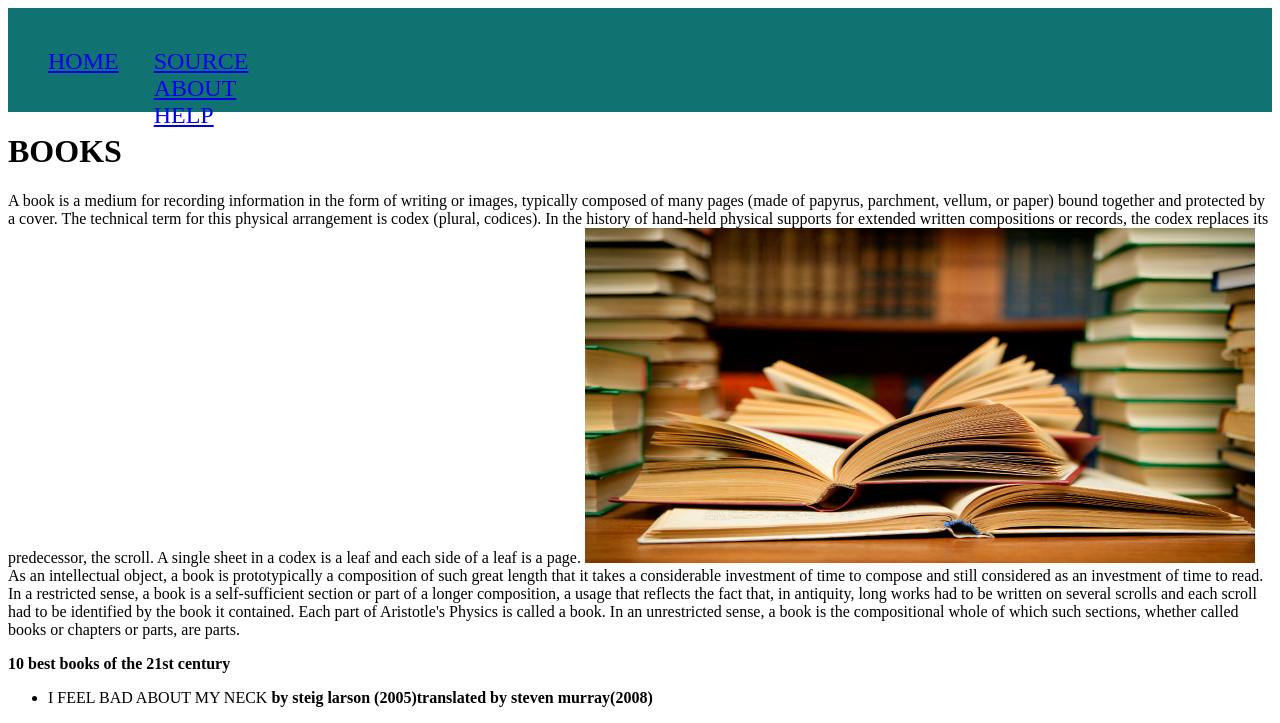
Repository: Hanan-arts/websites
Page: 01 web design/website.html
An editor plug-in stored every save of this project. The page is shown before and after a run of saves, followed by the edit.
The browser window is 1280 px wide. The pictures show the whole page.

Above is the page before, as saved 2021-02-13 21:02:10.

### 01 web design/website.html
<!DOCTYPE html>
<html lang="en">
<head>
    <meta charset="UTF-8">
    <meta http-equiv="X-UA-Compatible" content="IE=edge">
    <meta name="viewport" content="width=device-width, initial-scale=1.0">
    <title>BOOKS WORLD</title>
</head>
<link rel="stylesheet" href="c.css">
<body>
    <div class="container">
        <div class="nav-wrapper">
        <div class="left-side">
            <div class="nav-link-wrapper">
                <a href="website.html">HOME</a>
            </div>
            <div class="nav-link-wrapper">
                <a href="Source.html">SOURCE</a>
                <div class="nav-link-wrapper">
                    <a href="About.html">ABOUT</a>
                    <div class="nav-link-wrapper">
                        <a href="Help.html">HELP</a>
                    </div>
                </div>
            </div>
        </div>
        </div>
        </div>
    </div>
<h1><b>BOOKS</b></h1>
<p>A book is a medium for recording information in the form of writing or images, typically composed of
many pages (made of papyrus, parchment, vellum, or paper) bound together and protected by a cover.
The technical term for this physical arrangement is codex (plural, codices). In the history of
hand-held physical supports for extended written compositions or records, the codex replaces its
predecessor, the scroll. A single sheet in a codex is a leaf and each side of a leaf is a page.
<img src="books-for-survey.jpg" ><br>

As an intellectual object, a book is prototypically a composition of such great length that it takes
a considerable investment of time to compose and still considered as an investment of time to read.
In a restricted sense, a book is a self-sufficient section or part of a longer composition,
a usage that reflects the fact that, in antiquity, long works had to be written on several scrolls and
each scroll had to be identified by the book it contained. Each part of Aristotle's Physics is called a
book.
In an unrestricted sense, a book is the compositional whole of which such sections, whether called books
or chapters or parts,
are parts.
</body>
<p><b>10 best books of the 21st century</b></p>
<p>
    <div>
        <ul>
            <li>I FEEL BAD ABOUT MY NECK <b>by steig larson
                (2005)translated by steven murray(2008)
            </b></li>

        </ul>
    </div>

</p>

</html>

### 01 web design/c.css
.nav-wrapper{
    display:flex;
    justify-content: space-between;
    padding: 40px;
    background-color: rgb(17, 114, 114);
}
.left-side{
    display: flex;
}
.nav-wrapper > .left-side > div {
    margin-right: 35px;
    font-size: 1.5em;
    text-transform: uppercase;
}
.nav-link-wrapper{
    height: 23px;
    border-bottom: 1.2px solid transparent;
    transition: border-bottom 0.7s;
}
.nav-link-wrapper a {
    color: ;

}

After the next 2 saves:
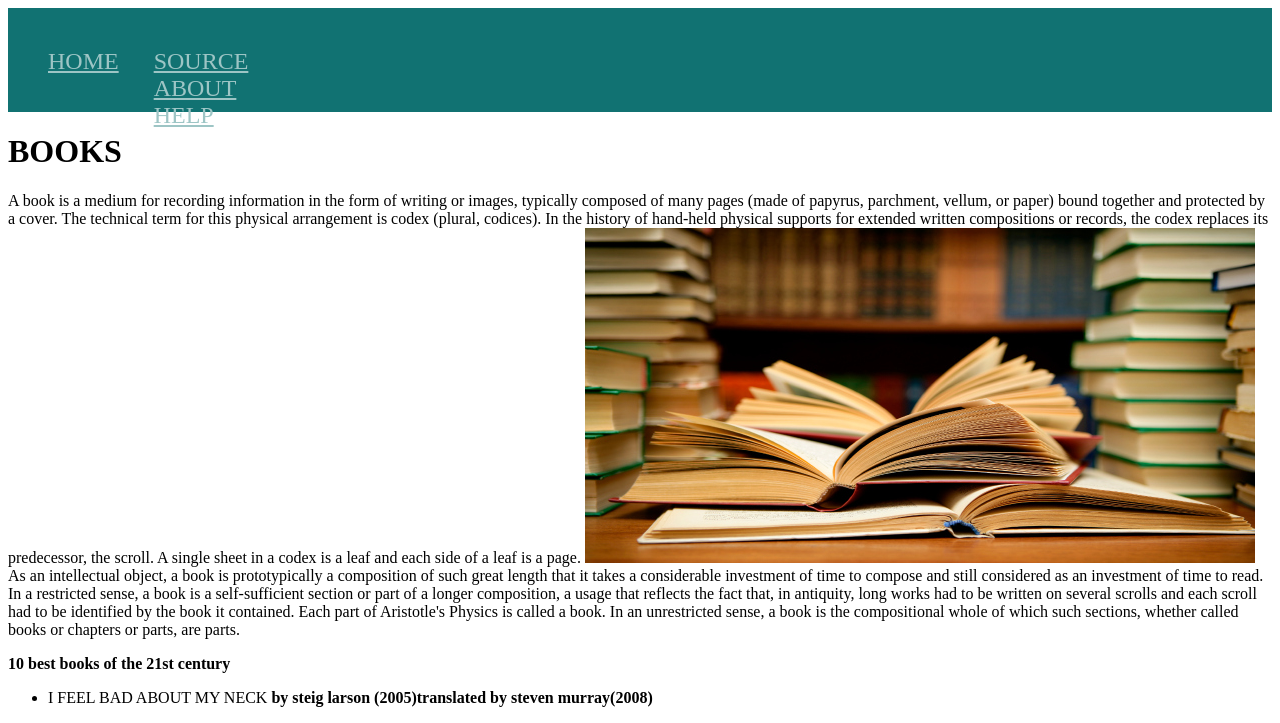
The 2 saves are shown as one change because they came seconds apart.
The last was saved 8 s later.
--- a/01 web design/c.css
+++ b/01 web design/c.css
@@ -18,6 +18,6 @@
     transition: border-bottom 0.7s;
 }
 .nav-link-wrapper a {
-    color: ;
+    color: rgb(157, 197, 197);
 
 }
